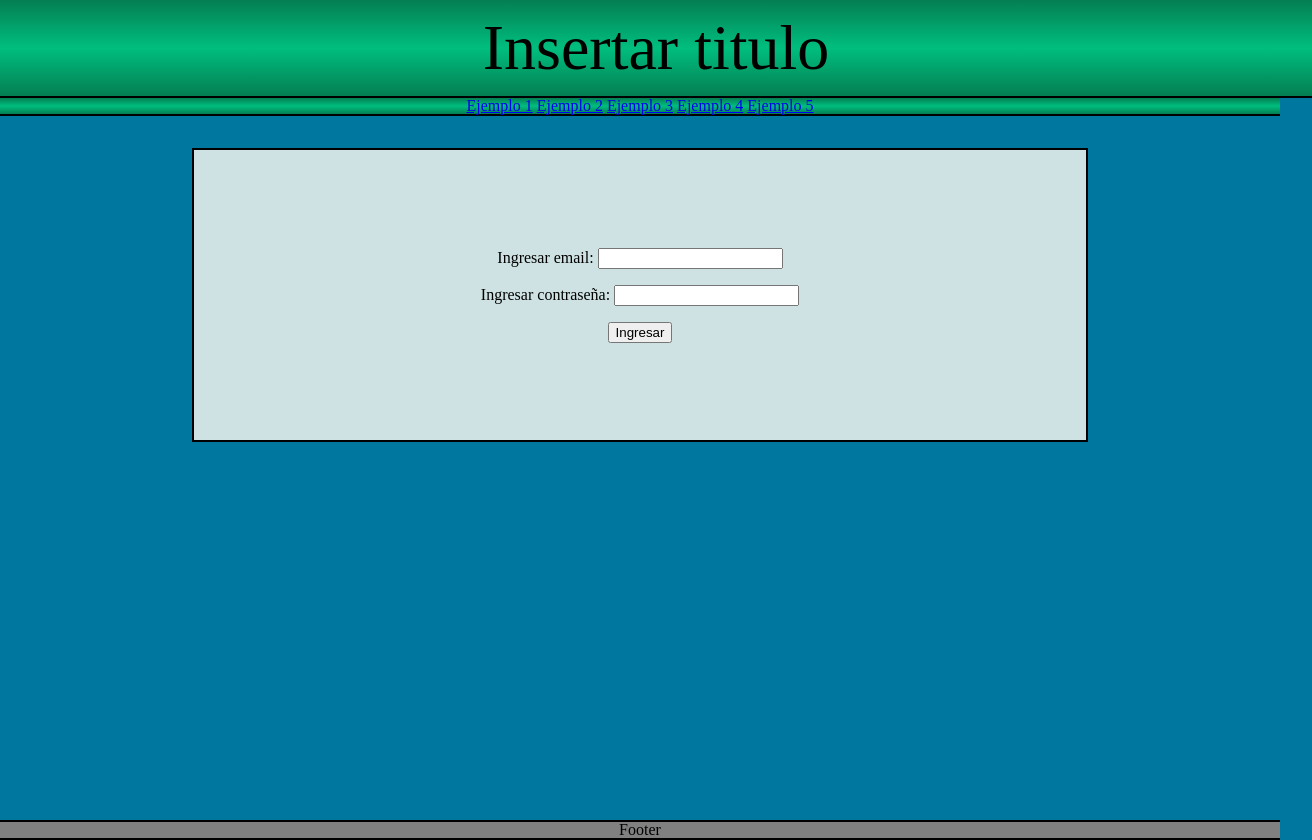
Repository: FacundoKinderknecht/Parcial-2-LPPA
Page: login/login.html
An editor plug-in stored every save of this project. The page is shown before and after the next save, followed by the edit.
The browser window is 1280 px wide. The page is 1312 px wide, so the pictures cover 1312 px, including what lies to the right of the window. The pictures show the whole page.

Above is the page before, as saved 2022-07-06 10:30:17.

After the next save:
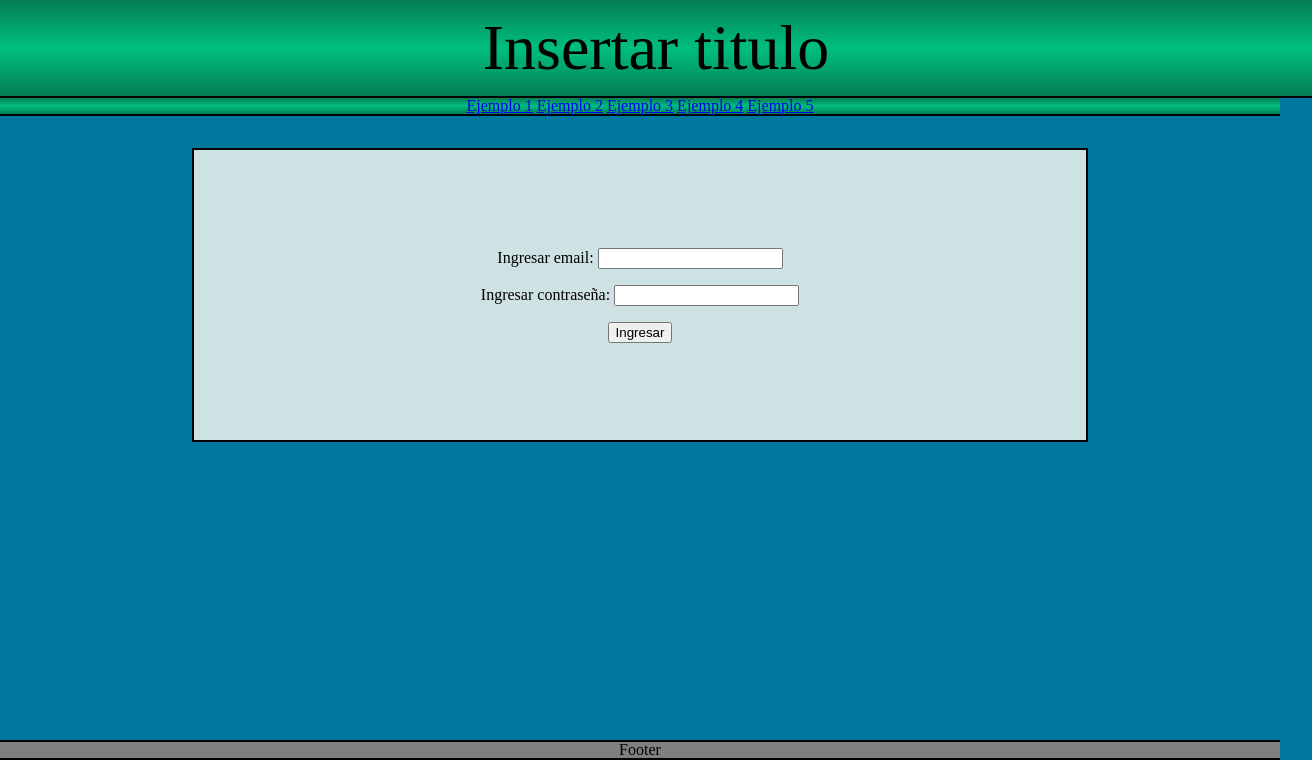
Saved 6 s later.
--- a/login/login.css
+++ b/login/login.css
@@ -27,7 +27,7 @@ main{
     display: inline-block;
     width: 70%;
     padding: 2rem;
-    height: 40rem;
+    height: 35rem;
 }
 form{
     background-color: rgb(207, 226, 227);  border: black solid 2px;
